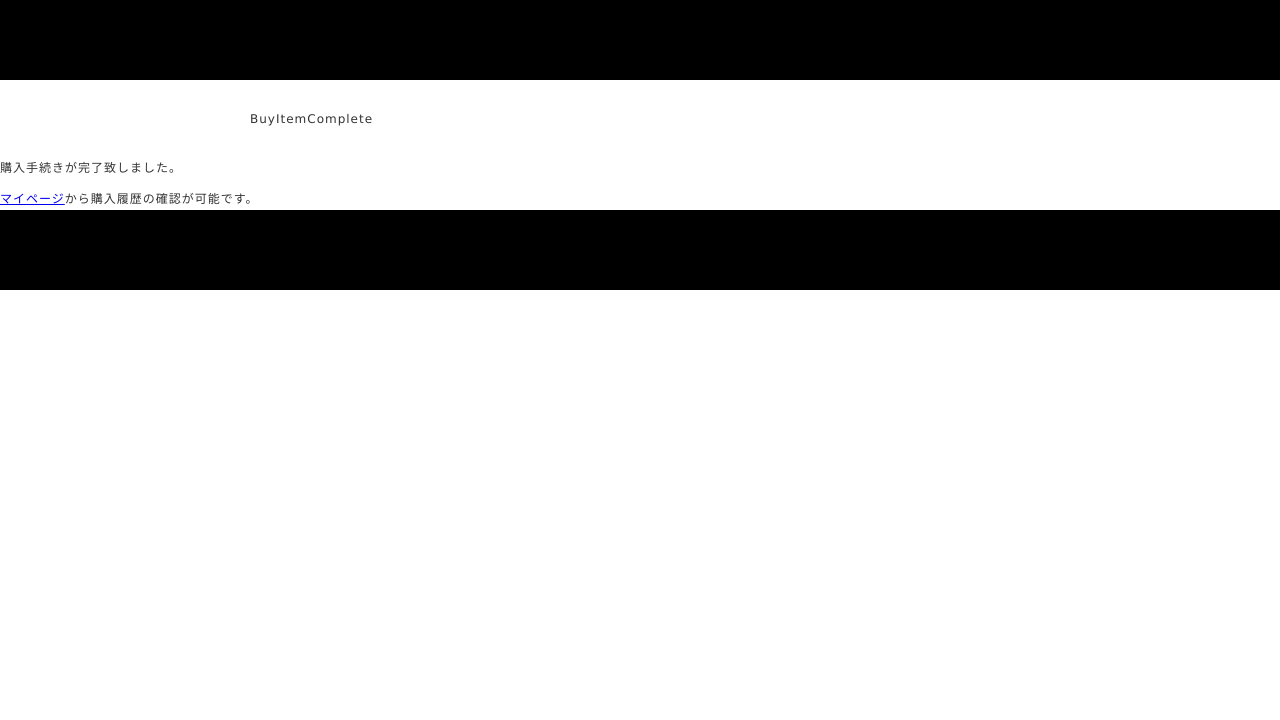
Repository: cha-git/ecsite
Page: http://localhost/template/buyItemComplete.jsp
These files come from the project's save history. The page is drawn as it stood at one moment and after the next save; the edit follows.
The browser window is 1280 px wide. The pictures show the whole page.
The page is served by Tomcat 9. Other server files are loaded and not shown.

Above is the page before, as saved 2018-12-26 11:33:02.

### template/WebContent/buyItemComplete.jsp
<%@ page language="java" contentType="text/html; charset=UTF-8"
    pageEncoding="UTF-8"%>
<%@ taglib prefix="s" uri="/struts-tags" %>
<!DOCTYPE html>
<html>
<head>
	<meta http-equiv="Content-Type" content="text/html; charset=UTF-8" />
	<meta http-equiv="Content-Style-Type" content="text/css" />
	<meta http-equiv="Content-Script-Type" content="text/javascript" />
	<meta http-equiv="imagetolbar" content="no" />
	<meta name="description" content="" />
	<meta name="keywods" content="" />
	<title>buyItemComplete画面</title>

	<style type="text/css">
	/* ========TAG LAYOUT======== */
	body {
		margin:0;
		padding:0;
		line-height:1.6;
		letter-spacing:1px;
		font-family:Verdana, Helvetica, sans-serif;
		font-size:12px;
		color:#333;
		background:#fff;
	}

	table {
		text-align:center;
		margin:0 auto;
	}
	/* ========ID LAYOUT======== */
	#top {
		width:780px;
		margin:30px auto;
		borer:1px solid #333;
	}

	#header {
		width:100%;
		height:80px;
		background-color:black;
	}

	#main {
		width:100%;
		height:500px;
		text-align:center;
	}

	#footer {
		width:100%;
		height:80px;
		background-color:black;
		clear:both;
	}
	</style>
</head>
<body>
	<div id="header">
		<div id="pr">
		</div>
	</div>
		<div id="top">
			<p>BuyItemComplete</p>
		</div>
		<div>
			<p>購入手続きが完了致しました。</p>
			<div>
				<a href='<s:url action="MyPageAction" />'>
				マイページ</a><span>から購入履歴の確認が可能です。</span>
			</div>
		</div>
	</div>
	<div id="footer">
		<div id="pr">
		</div>
	</div>
</body>
</html>

After the next save:
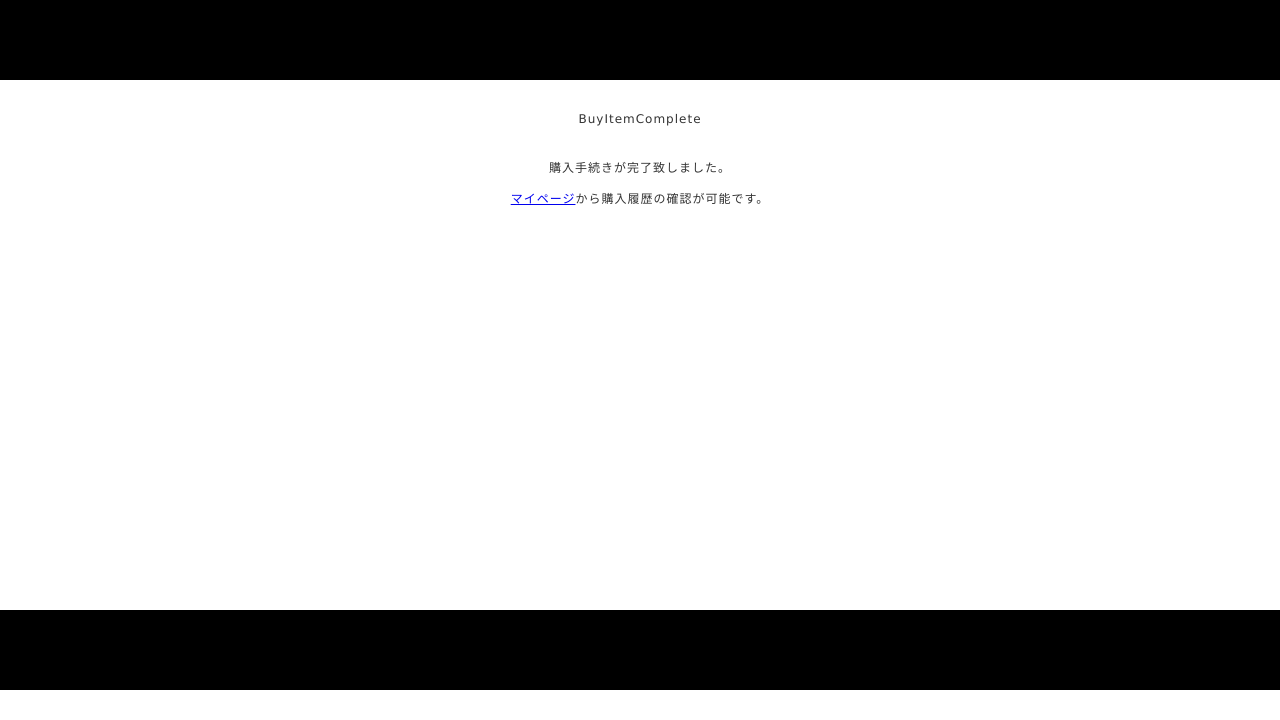
Saved 16 s later.
--- a/template/WebContent/buyItemComplete.jsp
+++ b/template/WebContent/buyItemComplete.jsp
@@ -61,6 +61,7 @@
 		<div id="pr">
 		</div>
 	</div>
+	<div id="main">
 		<div id="top">
 			<p>BuyItemComplete</p>
 		</div>
